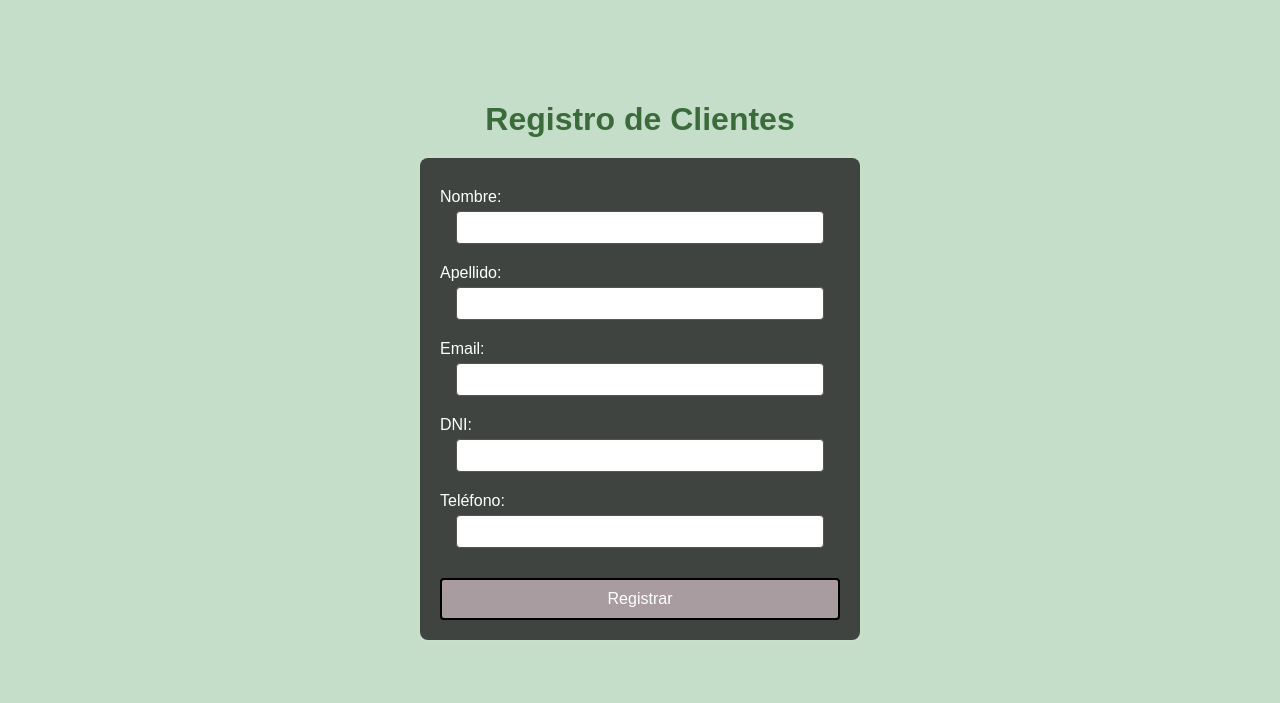
Repository: kevinqg0/Proyecto-Final-Gestion-Hotelera
Page: http://localhost/ProyectoGestionHotelera/ActualizarCliente.jsp
The author's editor kept a copy of each file at every save. The page is drawn from the files as they stood at one save, then again after the next save.
The browser window is 1280 px wide. The pictures show the whole page.
Some web fonts or font styles are not loaded; a fallback is used. The page is served by Tomcat 9. Other server files are loaded and not shown.

Above is the page before, as saved 2024-10-23 18:17:04.

### ProyectoGestionHotelera/src/main/webapp/ActualizarCliente.jsp
<%@ page language="java" contentType="text/html; charset=ISO-8859-1" pageEncoding="ISO-8859-1"%>

<!DOCTYPE html>
<html lang="es">
<head>
    <meta charset="ISO-8859-1">
    <meta name="viewport" content="width=device-width, initial-scale=1.0">
    <title>Registro de Cliente</title>

    <link rel="stylesheet" href="estilos/registro.css">
</head>
<body>
    <h1>Registro de Clientes</h1>
    <div class="box-registro">
        <form action="ControladorCliente" method="post">

            <label for="nombre">Nombre:</label>
            <input type="text" id="nombre" name="nom" required>

            <label for="apellido">Apellido:</label>
            <input type="text" id="apellido" name="ape" required>

            <label for="email">Email:</label>
            <input type="email" id="email" name="email" required>

            <label for="dni">DNI:</label>
            <input type="text" id="dni" name="dni" required>

            <label for="telefono">Teléfono:</label>
            <input type="tel" id="telefono" name="telf" required>

            <button type="submit">Registrar</button>
        </form>
    </div>
</body>
</html>

### ProyectoGestionHotelera/src/main/webapp/estilos/registro.css
body {
    display: flex;
    flex-direction: column;
    justify-content: center;
    align-items: center;
    height: 100vh;
    margin: 0;
    font-family: Arial, sans-serif;
    background-color: #c5dec9; /* Fondo principal */
    background-size: cover;
    color: black;
}

h1 {
    margin-bottom: 20px;
    font-size: 2em;
    color: #3b6b3b; /* Color del título */
}

.box-registro {
    background-color: rgba(30, 30, 30, 0.8);
    padding: 20px;
    border-radius: 8px;
    box-shadow: 0 0 10px rgba(255, 255, 255, 0.1);
    width: 400px;
    text-align: center;
}

h2 {
    margin-bottom: 20px;
    color: #3b6b3b; /* Color de encabezados secundarios */
}

label {
    display: block;
    margin: 10px 0 5px;
    text-align: left;
    color: #fff;
}

input {
    width: 350px;
    padding: 8px;
    margin-bottom: 10px;
    border: 1px solid #555;
    border-radius: 4px;
    color: #000; /* Color del texto en el input */
    background-color: #fff; /* Fondo blanco para los inputs */
}

button {
    width: 100%;
    padding: 10px; /* Ajustar el tamaño del padding */
    background-color: #a89ca0; /* Color beige oscuro */
    color: #fff; /* Color del texto del botón */
    border: 2px solid #000; /* Borde negro */
    border-radius: 4px;
    cursor: pointer;
    margin-top: 20px;
    font-size: 1em; /* Tamaño de letra más pequeño */
    font-family: 'Arial Black', Gadget, sans-serif; /* Cambiar fuente */
    transition: background-color 0.3s ease, transform 0.2s; /* Añadir transición */
}

button:hover {
    background-color: #8c868a; /* Color del botón al pasar el ratón (un tono más oscuro) */
    transform: scale(1.03); /* Efecto de aumento al pasar el ratón */
}

After the next save:
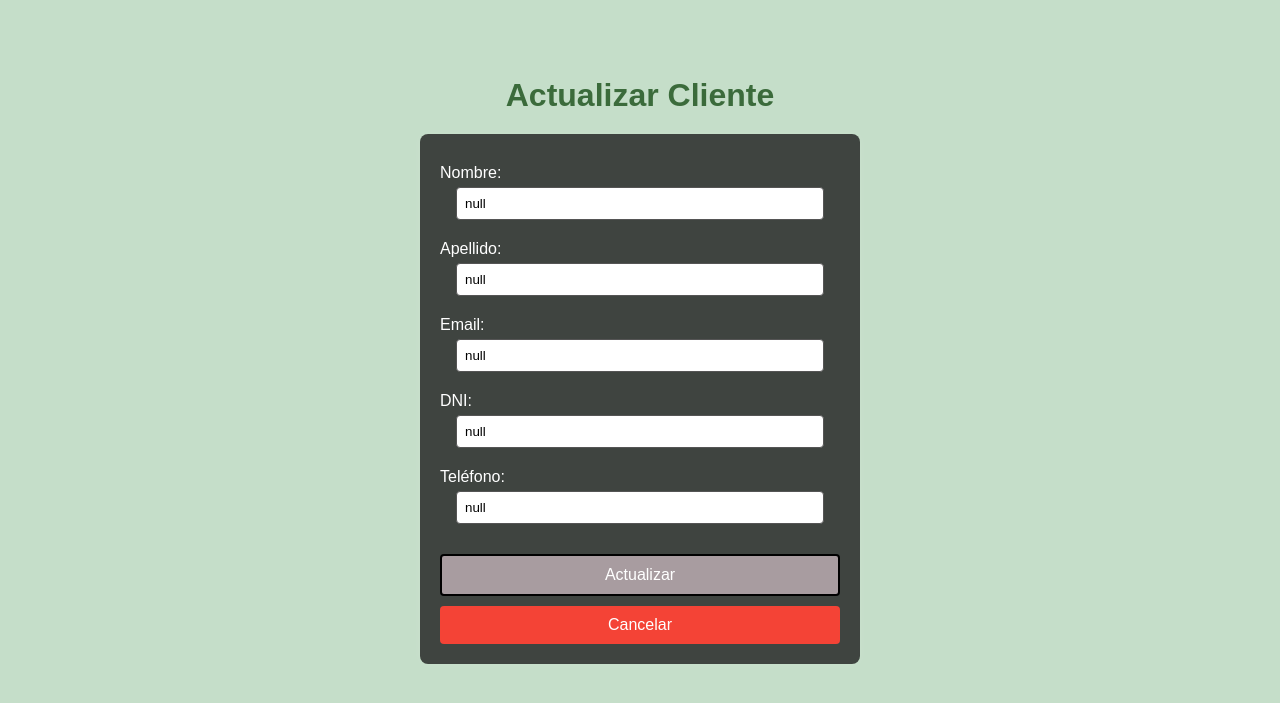
Saved 2 min 5 s later.
--- a/ProyectoGestionHotelera/src/main/webapp/ActualizarCliente.jsp
+++ b/ProyectoGestionHotelera/src/main/webapp/ActualizarCliente.jsp
@@ -1,35 +1,56 @@
 <%@ page language="java" contentType="text/html; charset=ISO-8859-1" pageEncoding="ISO-8859-1"%>
-
 <!DOCTYPE html>
 <html lang="es">
 <head>
     <meta charset="ISO-8859-1">
     <meta name="viewport" content="width=device-width, initial-scale=1.0">
-    <title>Registro de Cliente</title>
+    <title>Actualizar Cliente</title>
 
     <link rel="stylesheet" href="estilos/registro.css">
 </head>
 <body>
-    <h1>Registro de Clientes</h1>
+    <%
+        String id = request.getParameter("id");
+        String nombre = request.getParameter("nom");
+        String apellido = request.getParameter("ape");
+        String email = request.getParameter("email");
+        String dni = request.getParameter("dni");
+        String telefono = request.getParameter("telf");
+    %>
+    <h1>Actualizar Cliente</h1>
     <div class="box-registro">
         <form action="ControladorCliente" method="post">
+            <!-- Campo oculto para el ID -->
+            <input type="hidden" name="id" value="<%=id%>">
 
             <label for="nombre">Nombre:</label>
-            <input type="text" id="nombre" name="nom" required>
+            <input type="text" id="nombre" name="nom" value="<%=nombre%>" required>
 
             <label for="apellido">Apellido:</label>
-            <input type="text" id="apellido" name="ape" required>
+            <input type="text" id="apellido" name="ape" value="<%=apellido%>" required>
 
             <label for="email">Email:</label>
-            <input type="email" id="email" name="email" required>
+            <input type="email" id="email" name="email" value="<%=email%>" required>
 
             <label for="dni">DNI:</label>
-            <input type="text" id="dni" name="dni" required>
+            <input type="text" id="dni" name="dni" value="<%=dni%>" required>
 
             <label for="telefono">Teléfono:</label>
-            <input type="tel" id="telefono" name="telf" required>
+            <input type="tel" id="telefono" name="telf" value="<%=telefono%>" required>
 
-            <button type="submit">Registrar</button>
+            <button type="submit">Actualizar</button>
+
+            <!-- Botón opcional para cancelar y volver al listado -->
+            <a href="ControladorCliente?accion=Listar" style="
+                display: block;
+                text-align: center;
+                margin-top: 10px;
+                padding: 10px;
+                background-color: #f44336;
+                color: white;
+                text-decoration: none;
+                border-radius: 4px;
+            ">Cancelar</a>
         </form>
     </div>
 </body>
